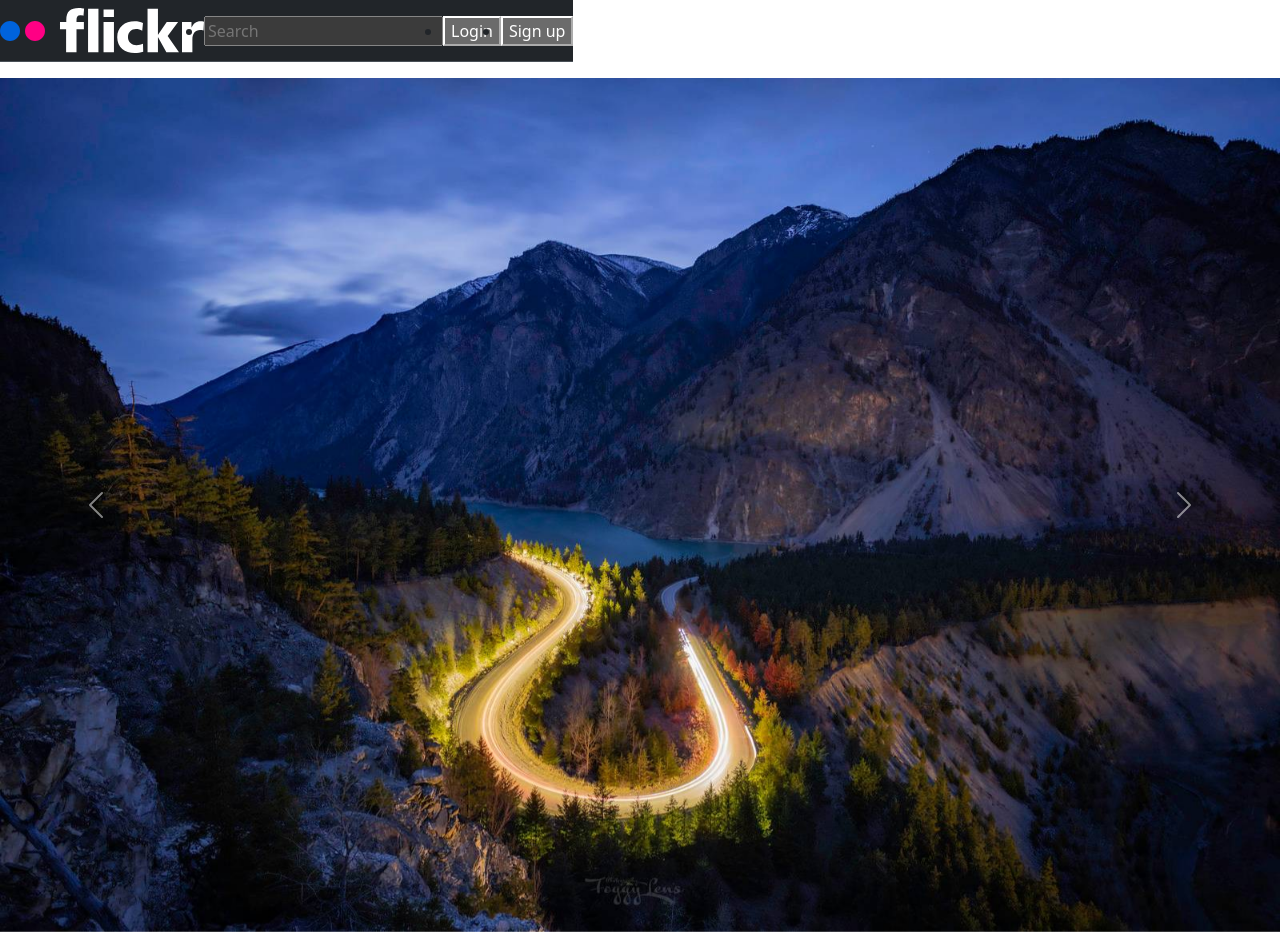
Repository: Alphosmart/LEVEL_1
Page: index.html
These files come from the project's save history. The page is drawn as it stood at one moment and after the next save; the edit follows.
The browser window is 1280 px wide. The pictures show the whole page.

Above is the page before, as saved 2024-06-03 09:08:09.

### index.html
<!DOCTYPE html>
<html lang="en">
  <head>
    <meta charset="UTF-8" />
    <meta name="viewport" content="width=device-width, initial-scale=1.0" />
    <title>Flickr</title>
    <link rel="stylesheet" href="style.css" />
    <link rel="stylesheet" href="/bootstrap-5.3.3-dist/css/bootstrap.css" />
  </head>
  <body>
    <nav>
      <ul class="navbar bg-dark border-bottom border-body" data-bs-theme="dark">
        <li><img src="/svg-export/svgexport-2.svg" alt="" /></li>
        <li><input type="text" placeholder="Search" /></li>
        <li><button>Login</button></li>
        <li><button>Sign up</button></li>
      </ul>
    </nav>

    <section
      id="carouselExampleAutoplaying"
      class="carousel slide"
      data-bs-ride="carousel"
    >
      <div
        id="carouselExampleFade"
        class="carousel slide carousel-fade carousel slide"
      >
        <div class="carousel-inner">
          <div class="carousel-item active">
            <img
              src="/images/Kris_Peterson_Back_to_The_Future.jpg"
              class="d-block w-100"
              alt="..."
            />
          </div>
          <div class="carousel-item">
            <img
              src="/images/ines_maria_wingsofvienna.jpg"
              class="d-block w-100"
              alt="..."
            />
          </div>
          <div class="carousel-item">
            <img
              src="/images/Barbara_van_der_Linde_Boet_and_Harvey.jpg"
              class="d-block w-100"
              alt="..."
            />
          </div>
        </div>
        <button
          class="carousel-control-prev"
          type="button"
          data-bs-target="#carouselExampleFade"
          data-bs-slide="prev"
        >
          <span class="carousel-control-prev-icon" aria-hidden="true"></span>
          <span class="visually-hidden">Previous</span>
        </button>
        <button
          class="carousel-control-next"
          type="button"
          data-bs-target="#carouselExampleFade"
          data-bs-slide="next"
        >
          <span class="carousel-control-next-icon" aria-hidden="true"></span>
          <span class="visually-hidden">Next</span>
        </button>
      </div>
    </section>
  </body>
</html>

### style.css
nav {
  width: fit-content;
  display: flex;
  justify-content: right;
}

Loaded but not shown: bootstrap-5.3.3-dist/css/bootstrap.css (library)

After the next save:
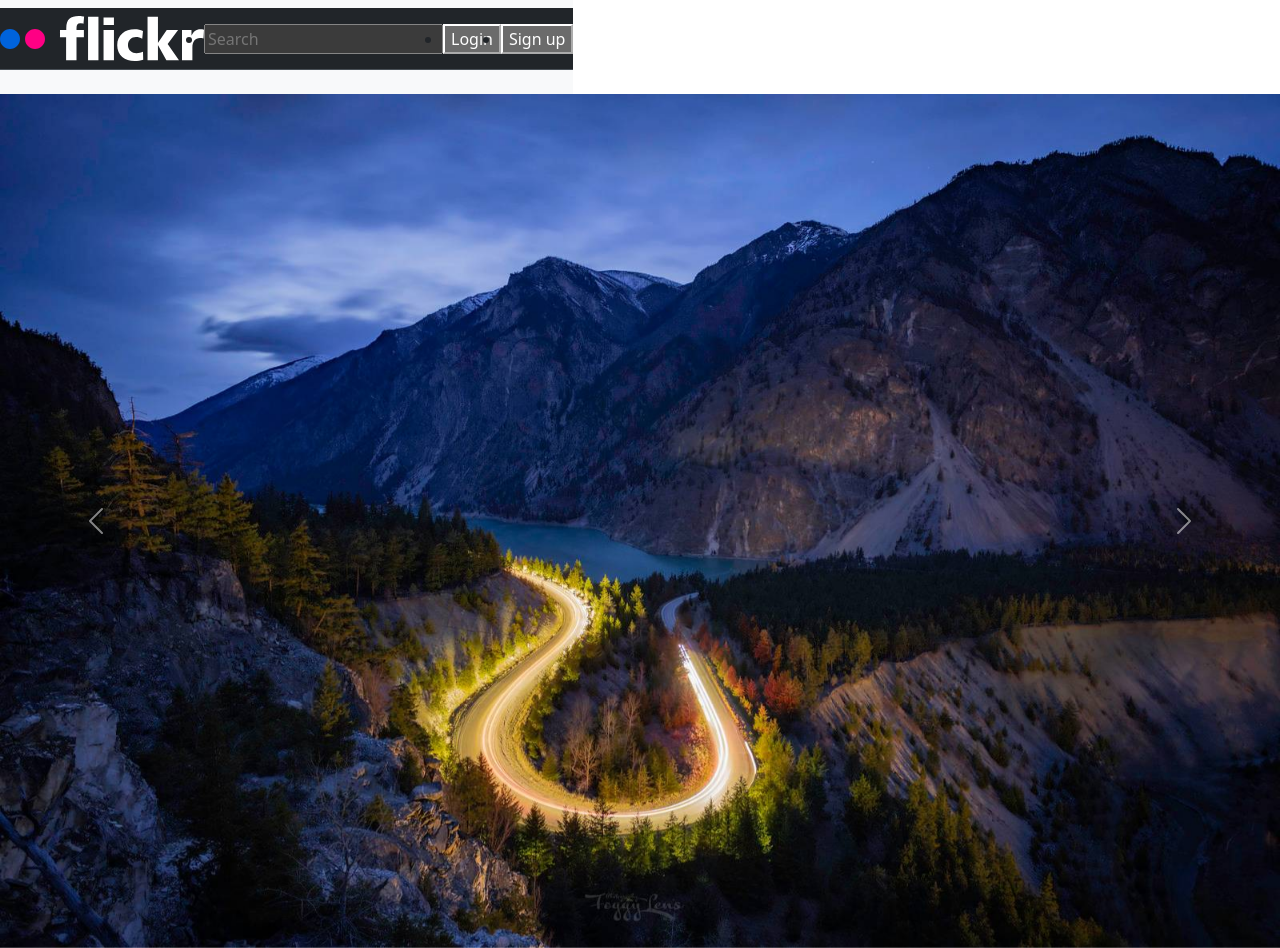
Saved 19 s later.
--- a/index.html
+++ b/index.html
@@ -8,7 +8,7 @@
     <link rel="stylesheet" href="/bootstrap-5.3.3-dist/css/bootstrap.css" />
   </head>
   <body>
-    <nav>
+    <nav class="navbar navbar-expand-lg bg-body-tertiary">
       <ul class="navbar bg-dark border-bottom border-body" data-bs-theme="dark">
         <li><img src="/svg-export/svgexport-2.svg" alt="" /></li>
         <li><input type="text" placeholder="Search" /></li>
